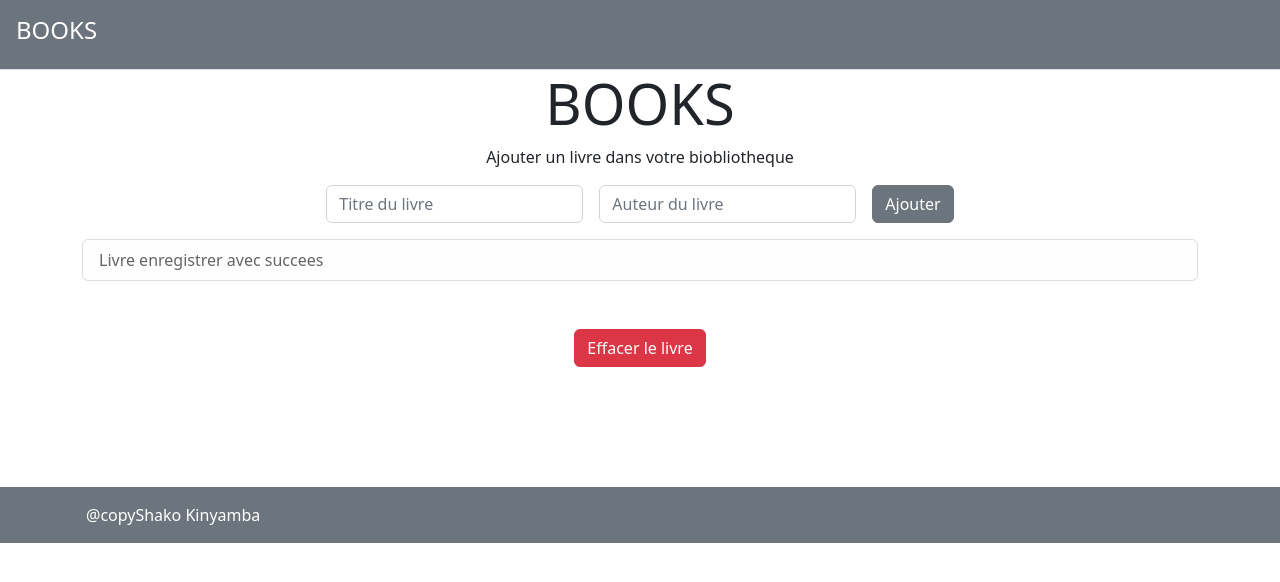
Repository: SKB-TECH/Books
Page: /
These files come from the project's save history. The page is drawn as it stood at one moment and after a run of saves; the edit follows.
The browser window is 1280 px wide. The pictures show the whole page.
The project was rebuilt for these pictures with package versions that can differ from the ones it lists, and the page was loaded fresh each time. Also part of the build but not shown: vite.config.js.

Above is the page before, as saved 2022-11-09 16:18:22.

After the next 2 saves:
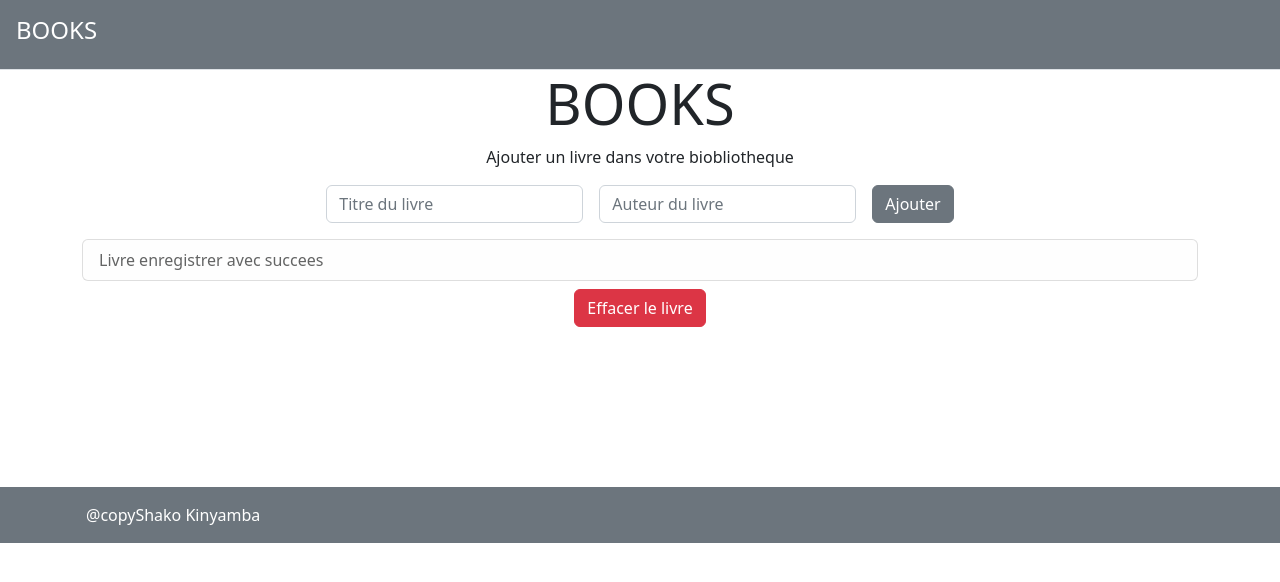
The 2 saves are shown as one change because they came seconds apart.
The last was saved 12 s later.
--- a/src/Containers/AddBooks.jsx
+++ b/src/Containers/AddBooks.jsx
@@ -37,7 +37,7 @@ const AddBooks = () => {
                     </div>
 
                     <div className='d-flex justify-content-center'>
-                        <button className='btn btn-danger mt-5'>Effacer le livre</button>
+                        <button className='btn btn-danger mt-2 '>Effacer le livre</button>
                     </div>
                 </div>
             </div>
